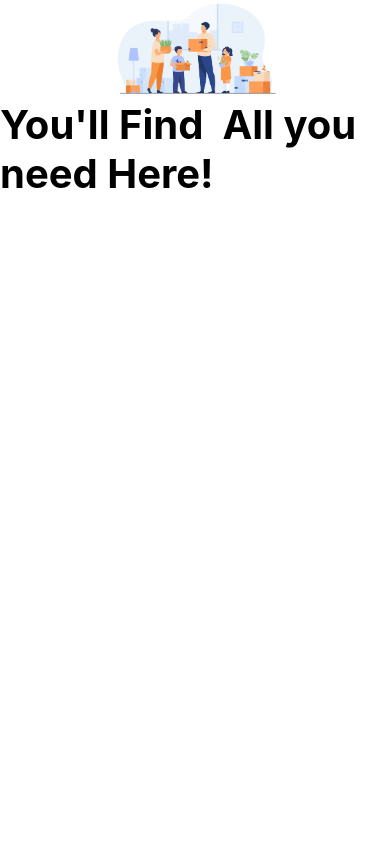
Repository: oscarMyerston/ProjectName
Screen: /
The author's editor kept a copy of each file at every save. The screen is drawn from the files as they stood at one save, then again after a run of saves.
The app was drawn by React Native's web renderer in a window 390 px wide. The project was rebuilt for these pictures with package versions that can differ from the ones it lists, and the page was loaded fresh each time. Also part of the build but not shown: Chair.js, Table.js.

Above is the screen before, as saved 2024-06-02 19:51:05.

### App.js
/**
 * Sample React Native App
 * https://github.com/facebook/react-native
 *
 * @format
 * @flow strict-local
 */

import React, { useState } from 'react';
import {
  SafeAreaView,
} from 'react-native';
import { Chair as BlackChair} from './Chair';
import Table from "./Table"
import Splash from './src/screen/auth/Splash';

const App = ()  => {
  const [ theme, setTheme ] = useState('light')
  return (
    <SafeAreaView>
    <Splash/>
    </SafeAreaView>
  );
};

const styles = {
  themeHeader: {
    margin: 16,
    fontSize: 16,
    backgroundColor: 'yellow'
  }
}

// const styles = StyleSheet.create({
//   themeHeader: {
//     margin: 16,
//     fontSize: 16,
//     backgroundColor: 'yellow'
//   }
// })

export default App;

### src/screen/auth/Splash/index.js
import React from "react";
import { Text, Image, View } from "react-native"
import { styles } from './styles'

const Splash = () => {
  return [
    <View>
      <Image
        resizeMode="contain"
        style={styles.image}
        source={require('../../../assets/splash_image.png')}
      />
      <Text style={styles.title}>You'll Find <Text></Text> All you need Here!</Text>
    </View>,
  ];

}

export default Splash

### src/screen/auth/Splash/styles.js
import { StyleSheet } from "react-native"

export const styles = StyleSheet.create({
  image: {
    width: '100%',
    height: 100,
  },
  title: {
    fontSize: 40,
    fontWeight: 'bold'
  },
  innetTitle: {
    color: '#FCA34D',
    textDecorationLine: 'underline'
  }
})

After the next 3 saves:
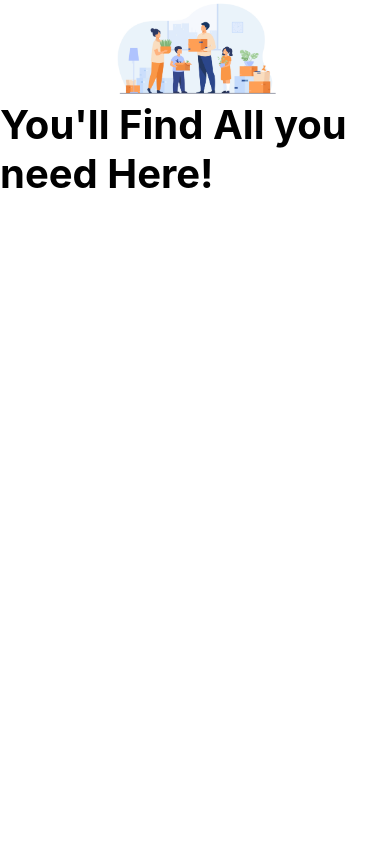
The 3 saves are shown as one change because they came seconds apart.
The last was saved 14 s later.
--- a/src/screen/auth/Splash/index.js
+++ b/src/screen/auth/Splash/index.js
@@ -10,7 +10,7 @@ const Splash = () => {
         style={styles.image}
         source={require('../../../assets/splash_image.png')}
       />
-      <Text style={styles.title}>You'll Find <Text></Text> All you need Here!</Text>
+      <Text style={styles.title}>You'll Find <Text >All you need </Text>Here!</Text>
     </View>,
   ];
 
